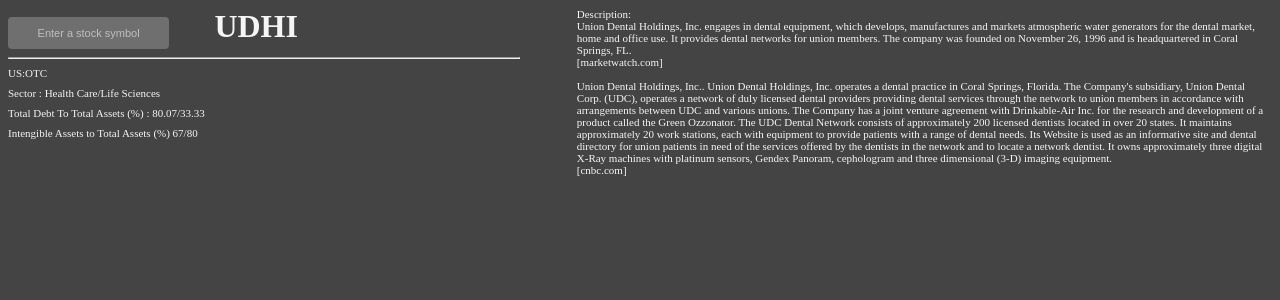
Repository: hadi4172/halal-stock-scanner
Page: popup.html
The author's editor kept a copy of each file at every save. The page is drawn from the files as they stood at one save, then again after the next save.
The browser window is 1280 px wide. The pictures show the whole page.

Above is the page before, as saved 2020-09-24 19:37:20.

### popup.html
<!DOCTYPE html>
<html>

<head>
    <title>Halal Stock Scanner</title>
    <meta charset="UTF-8">
    <link rel="stylesheet" href="SimpleBar/simplebar.css" />
    <link rel="stylesheet" href="font-awesome/font-awesome.min.css">
    <link rel="stylesheet" type="text/css" href="popup.css">
    <script src="popup.js"></script>
    <script src="SimpleBar/simplebar.min.js"></script>
</head>

<body class=dark-background>
    <div id=left>
        <input id=input class=dark-input type=text maxlength=5 placeholder="Enter a stock symbol" />
        <i id=search-btn class="fa fa-search fa-lg dark-icon"></i>
        <i id=settings-btn class="fa fa-cog fa-lg dark-icon"></i>
        <span id=symbol class="dark-text">UDHI</span>
        <i id=icon-is-correct-or-no class="fa fa-exclamation-triangle fa-2x"></i>
        <div style="width:90%">
            <hr>
            <div id=market class="info dark-text">US:OTC</div>
            <div id=sector class="info dark-text">Sector : Health Care/Life Sciences</div>
            <div id=debt-to-assets class="info dark-text">Total Debt To Total Assets (%) : 80.07/33.33</div>
            <div id=intengible-assets-to-total-assets class="info dark-text">Intengible Assets to Total Assets (%) 67/80 </div>
        </div>
    </div>

    <div id=right>
        <div id=description class="dark-text" data-simplebar>
            Description: <br />
            Union Dental Holdings, Inc. engages in dental equipment, which develops, manufactures and markets
            atmospheric water generators for the dental market, home and office use. It provides dental networks for
            union members. The company was founded on November 26, 1996 and is headquartered in Coral Springs, FL.<br />
            [marketwatch.com]<br /><br />
            Union Dental Holdings, Inc.. Union Dental Holdings, Inc. operates a dental practice in Coral Springs,
            Florida. The Company's subsidiary, Union Dental Corp. (UDC), operates a network of duly licensed dental
            providers providing dental services through the network to union members in accordance with arrangements
            between UDC and various unions. The Company has a joint venture agreement with Drinkable-Air Inc. for the
            research and development of a product called the Green Ozzonator. The UDC Dental Network consists of
            approximately 200 licensed dentists located in over 20 states. It maintains approximately 20 work stations,
            each with equipment to provide patients with a range of dental needs. Its Website is used as an informative
            site and dental directory for union patients in need of the services offered by the dentists in the network
            and to locate a network dentist. It owns approximately three digital X-Ray machines with platinum sensors,
            Gendex Panoram, cephologram and three dimensional (3-D) imaging equipment.<br />
            [cnbc.com]
        </div>
    </div>
</body>

</html>

### SimpleBar/simplebar.css
[data-simplebar] {
  position: relative;
  flex-direction: column;
  flex-wrap: wrap;
  justify-content: flex-start;
  align-content: flex-start;
  align-items: flex-start;
}

.simplebar-wrapper {
  overflow: hidden;
  width: inherit;
  height: inherit;
  max-width: inherit;
  max-height: inherit;
}

.simplebar-mask {
  direction: inherit;
  position: absolute;
  overflow: hidden;
  padding: 0;
  margin: 0;
  left: 0;
  top: 0;
  bottom: 0;
  right: 0;
  width: auto !important;
  height: auto !important;
  z-index: 0;
}

.simplebar-offset {
  direction: inherit !important;
  box-sizing: inherit !important;
  resize: none !important;
  position: absolute;
  top: 0;
  left: 0;
  bottom: 0;
  right: 0;
  padding: 0;
  margin: 0;
  -webkit-overflow-scrolling: touch;
}

.simplebar-content-wrapper {
  direction: inherit;
  box-sizing: border-box !important;
  position: relative;
  display: block;
  height: 100%; /* Required for horizontal native scrollbar to not appear if parent is taller than natural height */
  width: auto;
  visibility: visible;
  max-width: 100%; /* Not required for horizontal scroll to trigger */
  max-height: 100%; /* Needed for vertical scroll to trigger */
  scrollbar-width: none;
  -ms-overflow-style: none;
}

.simplebar-content-wrapper::-webkit-scrollbar,
.simplebar-hide-scrollbar::-webkit-scrollbar {
  width: 0;
  height: 0;
}

.simplebar-content:before,
.simplebar-content:after {
  content: ' ';
  display: table;
}

.simplebar-placeholder {
  max-height: 100%;
  max-width: 100%;
  width: 100%;
  pointer-events: none;
}

.simplebar-height-auto-observer-wrapper {
  box-sizing: inherit !important;
  height: 100%;
  width: 100%;
  max-width: 1px;
  position: relative;
  float: left;
  max-height: 1px;
  overflow: hidden;
  z-index: -1;
  padding: 0;
  margin: 0;
  pointer-events: none;
  flex-grow: inherit;
  flex-shrink: 0;
  flex-basis: 0;
}

.simplebar-height-auto-observer {
  box-sizing: inherit;
  display: block;
  opacity: 0;
  position: absolute;
  top: 0;
  left: 0;
  height: 1000%;
  width: 1000%;
  min-height: 1px;
  min-width: 1px;
  overflow: hidden;
  pointer-events: none;
  z-index: -1;
}

.simplebar-track {
  z-index: 1;
  position: absolute;
  right: 0;
  bottom: 0;
  pointer-events: none;
  overflow: hidden;
}

[data-simplebar].simplebar-dragging .simplebar-content {
  pointer-events: none;
  user-select: none;
  -webkit-user-select: none;
}

[data-simplebar].simplebar-dragging .simplebar-track {
  pointer-events: all;
}

.simplebar-scrollbar {
  position: absolute;
  left: 0;
  right: 0;
  min-height: 10px;
}

.simplebar-scrollbar:before {
  position: absolute;
  content: '';
  background: black;
  border-radius: 7px;
  left: 2px;
  right: 2px;
  opacity: 0;
  transition: opacity 0.2s linear;
}

.simplebar-scrollbar.simplebar-visible:before {
  /* When hovered, remove all transitions from drag handle */
  opacity: 0.5;
  transition: opacity 0s linear;
}

.simplebar-track.simplebar-vertical {
  top: 0;
  width: 11px;
}

.simplebar-track.simplebar-vertical .simplebar-scrollbar:before {
  top: 2px;
  bottom: 2px;
}

.simplebar-track.simplebar-horizontal {
  left: 0;
  height: 11px;
}

.simplebar-track.simplebar-horizontal .simplebar-scrollbar:before {
  height: 100%;
  left: 2px;
  right: 2px;
}

.simplebar-track.simplebar-horizontal .simplebar-scrollbar {
  right: auto;
  left: 0;
  top: 2px;
  height: 7px;
  min-height: 0;
  min-width: 10px;
  width: auto;
}

/* Rtl support */
[data-simplebar-direction='rtl'] .simplebar-track.simplebar-vertical {
  right: auto;
  left: 0;
}

.hs-dummy-scrollbar-size {
  direction: rtl;
  position: fixed;
  opacity: 0;
  visibility: hidden;
  height: 500px;
  width: 500px;
  overflow-y: hidden;
  overflow-x: scroll;
}

.simplebar-hide-scrollbar {
  position: fixed;
  left: 0;
  visibility: hidden;
  overflow-y: scroll;
  scrollbar-width: none;
  -ms-overflow-style: none;
}

### popup.css
/* * {
    border: 1px black dotted;
} */

body{
    display:flex;
}

#right{
    width:55%
}

#left{
    width:45%
}

#description{
    height: 90vh;
}

input{
    max-width: 60%;
    font-size: 11px;
    border: none;
    background: hsl(0 0% 93%);
    border-radius: .25rem;
    padding: .6rem;
}

::placeholder {
    text-align: center;
    color: rgb(191,191,191);
}

#description{
    font-size: 11px;
}

#symbol{
    font-size: 2em;
    font-weight: bolder;
}

.info{
    font-size: 11px;
    margin-bottom: 8px;
}

.dark-text{
    color:whitesmoke;
}

.dark-background{
    background-color: rgb(68,68,68);
}

.dark-input{
    background: rgb(111,111,111);
}

.dark-icon{
    color:rgb(111,111,111);
}

#icon-is-correct-or-no{
    color:rgb(255, 117, 117);
}

.not-conform{
    color:rgb(255, 117, 117) !important;
}

.conform{
    color: rgb(169, 209, 142) !important;
}

Loaded but not shown: font-awesome/font-awesome.min.css (library); SimpleBar/simplebar.min.js (library); popup.js (no copy from this time; the picture is the same without it)

After the next save:
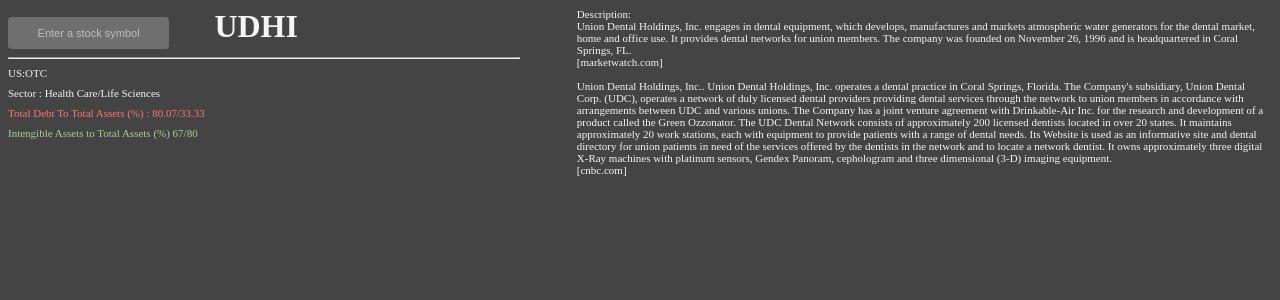
Saved 29 s later.
--- a/popup.html
+++ b/popup.html
@@ -22,8 +22,8 @@
             <hr>
             <div id=market class="info dark-text">US:OTC</div>
             <div id=sector class="info dark-text">Sector : Health Care/Life Sciences</div>
-            <div id=debt-to-assets class="info dark-text">Total Debt To Total Assets (%) : 80.07/33.33</div>
-            <div id=intengible-assets-to-total-assets class="info dark-text">Intengible Assets to Total Assets (%) 67/80 </div>
+            <div id=debt-to-assets class="info dark-text not-conform">Total Debt To Total Assets (%) : 80.07/33.33</div>
+            <div id=intengible-assets-to-total-assets class="info dark-text conform">Intengible Assets to Total Assets (%) 67/80 </div>
         </div>
     </div>
 
